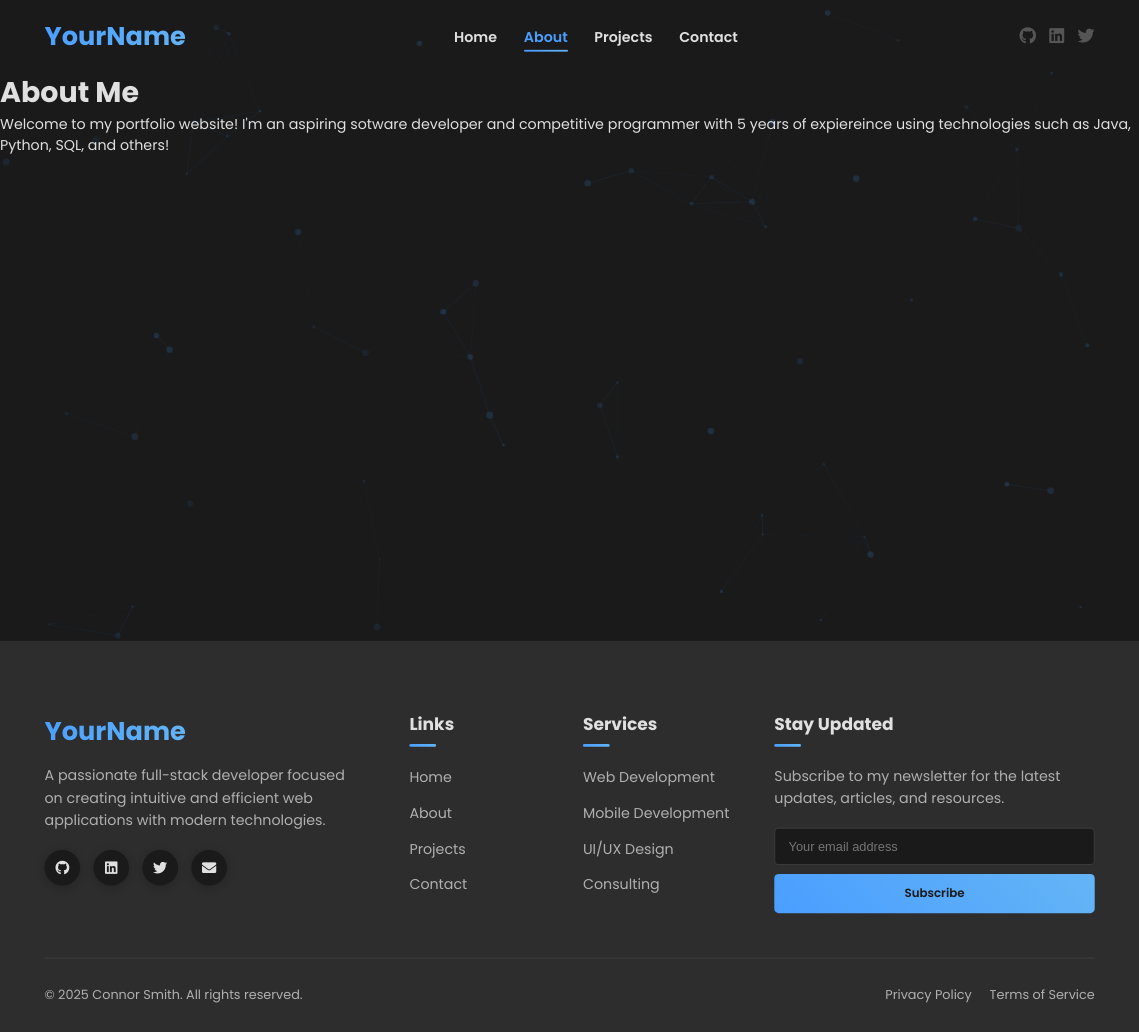
Repository: connorGS9/portfolio-website
Page: /about
An editor plug-in stored every save of this project. The page is shown before and after the next save, followed by the edit.
The browser window is 1280 px wide. The pictures show the whole page, at 89% of full size.
The project was rebuilt for these pictures with package versions that can differ from the ones it lists, and the page was loaded fresh each time. Also part of the build but not shown: src/styles/Home.css, src/pages/Home.jsx, src/pages/Projects.jsx, src/pages/Contact.jsx.

Above is the page before, as saved 2025-05-24 16:50:32.

After the next save:
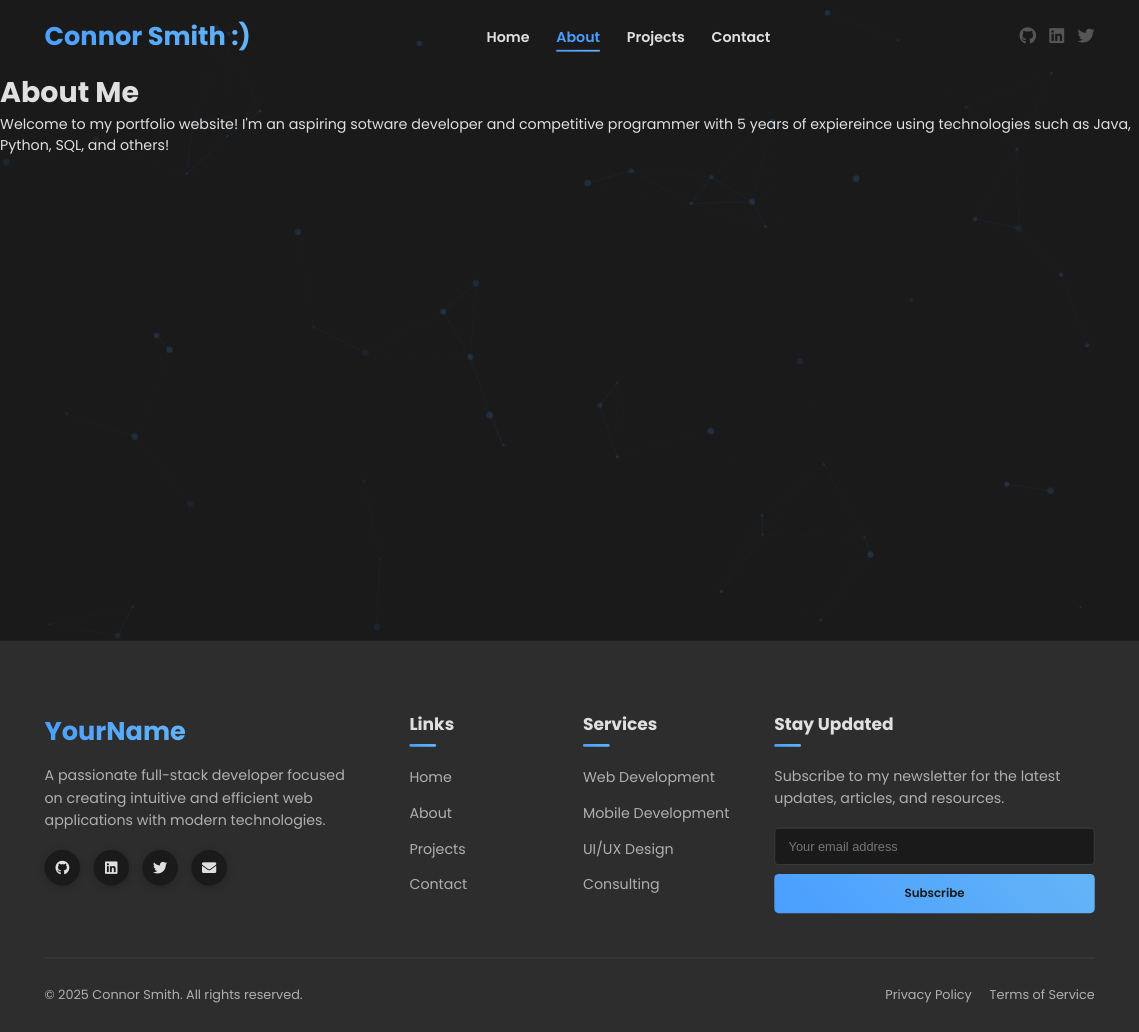
Saved 2 h 37 min later.
--- a/src/components/Navbar.jsx
+++ b/src/components/Navbar.jsx
@@ -32,7 +32,7 @@ const Navbar = () => {
     <header className={`navbar ${isScrolled ? 'navbar--scrolled' : ''}`}>
       <div className="navbar__container">
         <Link to="/" className="navbar__logo">
-          <span className="logo-text">YourName</span>
+          <span className="logo-text">Connor Smith :)</span>
         </Link>
 
         <button
